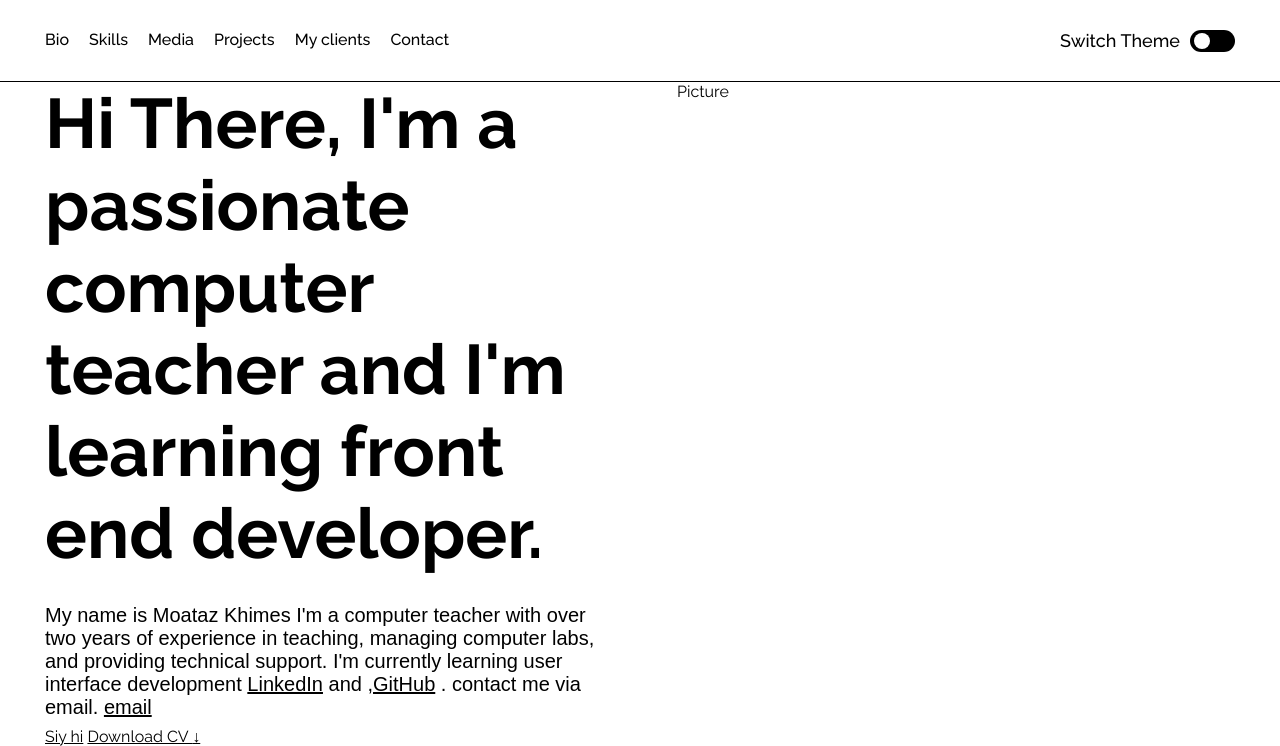
Repository: moataz305G/Personal-website
Page: index.html
The author's editor kept a copy of each file at every save. The page is drawn from the files as they stood at one save, then again after the next save.
The browser window is 1280 px wide. The pictures show the whole page.

Above is the page before, as saved 2025-12-12 21:12:18.

After the next save:
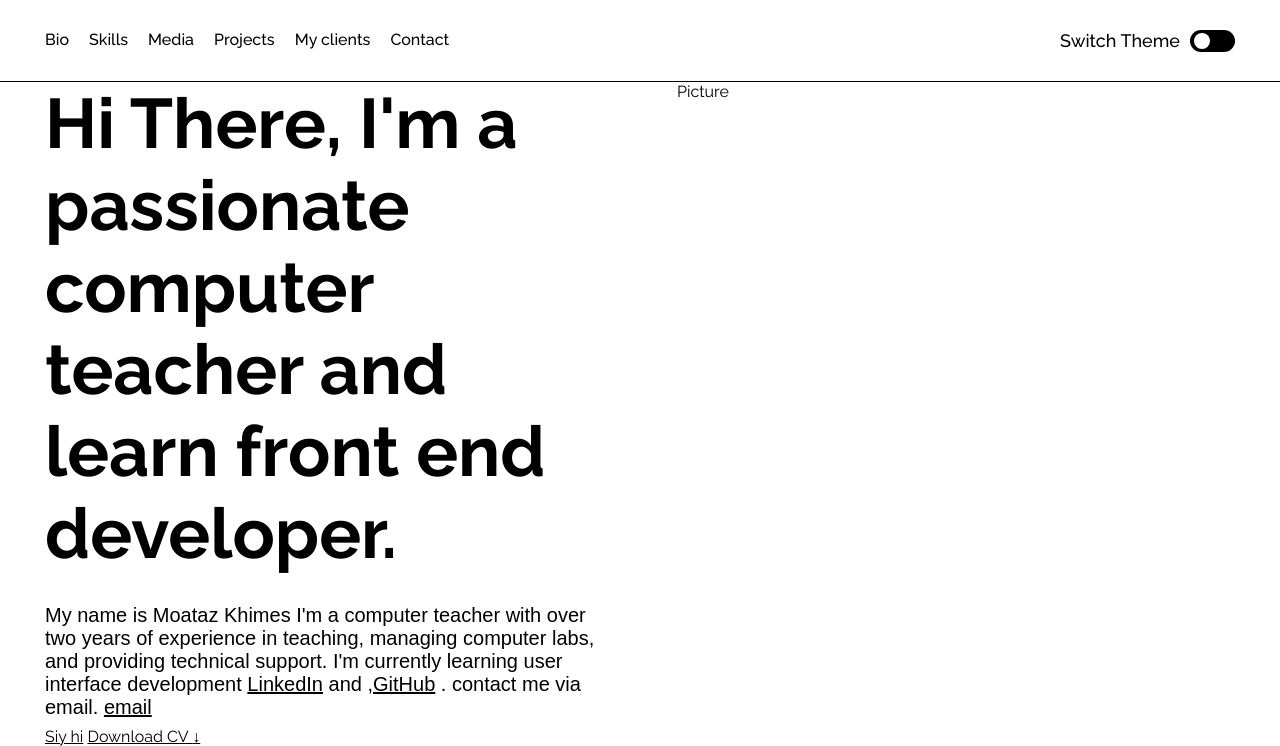
Saved 51 s later.
--- a/index.html
+++ b/index.html
@@ -43,8 +43,8 @@
       <section id="bio" class="bio section">
         <div class="bio__content">
           <h1 class="bio__heading">
-            Hi There, I'm a passionate computer teacher and I'm learning front
-            end developer.
+            Hi There, I'm a passionate computer teacher and learn front end
+            developer.
           </h1>
           <p class="bio__objeactive">
             My name is <span class="bio__name">Moataz Khimes</span>
